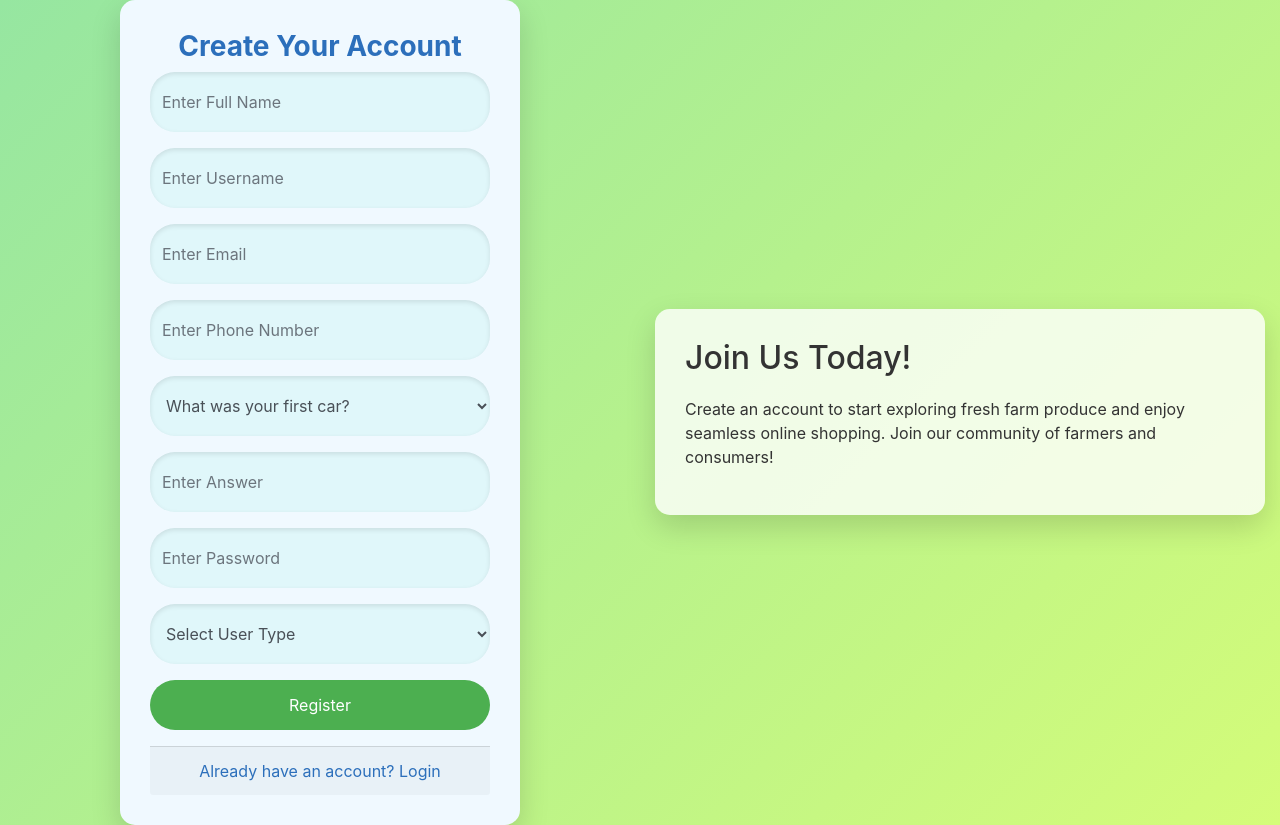
Repository: Dineshbabu290904/DigiMart
Page: http://localhost/DigiMart/signup.jsp
The author's editor kept a copy of each file at every save. The page is drawn from the files as they stood at one save, then again after the next save.
The browser window is 1280 px wide. The pictures show the whole page.
Some web libraries are served in a nearby version. The page is served by Tomcat 9. Other server files are loaded and not shown.

Above is the page before, as saved 2024-10-16 15:26:24.

### DigiMart/src/main/webapp/signup.jsp
<!DOCTYPE html>
<html lang="en">
<head>
    <meta charset="UTF-8">
    <meta name="viewport" content="width=device-width, initial-scale=1.0">
    <title>Signup</title>
    <!-- Bootstrap CSS CDN -->
    <link href="https://stackpath.bootstrapcdn.com/bootstrap/4.5.2/css/bootstrap.min.css" rel="stylesheet">
    <!-- Custom CSS -->
    <style>
        body {
            background: linear-gradient(135deg, #96e6a1 0%, #d4fc79 100%); /* Light green gradient */
            display: flex;
            min-height: 100vh;
        }
        .section {
            display: flex;
            align-items: center;
            justify-content: center;
            min-height: 100vh;
        }
        .card-custom {
            border-radius: 15px;
            background: #f0f9ff; /* Light blue background */
            padding: 30px;
            box-shadow: 0 12px 30px rgba(0, 0, 0, 0.15); /* Soft shadow */
            transition: transform 0.3s ease;
            width: 100%; /* Ensure full width on small devices */
            max-width: 400px; /* Set maximum width for the card */
        }
        .card-custom:hover {
            transform: translateY(-5px); /* Subtle hover lift */
        }
        .card-custom h3 {
            font-weight: bold;
            color: #2c6fbb; /* Cool blue for headings */
        }
        .form-control {
            border-radius: 25px;
            height: 60px; /* Increased height for input fields */
            background-color: #e0f7fa; /* Light cyan background for inputs */
            border: none;
            box-shadow: inset 0 2px 5px rgba(0, 0, 0, 0.1);
        }
        .btn-custom {
            border-radius: 25px;
            padding: 12px 25px;
            background-color: #4caf50; /* Light green button */
            color: white;
        }
        .description-card {
            background: rgba(255, 255, 255, 0.8); /* Semi-transparent white */
            border-radius: 15px;
            padding: 30px;
            box-shadow: 0 12px 30px rgba(0, 0, 0, 0.15);
            color: #333;
        }
        .description-card h2 {
            font-size: 2rem;
            margin-bottom: 20px;
        }
        .card-footer a {
            color: #2c6fbb;
        }
    </style>
</head>
<body>

<div class="container-fluid">
    <div class="row section">
        <!-- Left Side: Signup Form -->
        <div class="col-md-6 d-flex align-items-center justify-content-center">
            <div class="card-custom">
                <h3 class="text-center">Create Your Account</h3>
                <form action="signup" method="post">
                    <div class="form-group">
                        <input type="text" id="name" name="name" class="form-control" placeholder="Enter Full Name" required>
                    </div>
                    <div class="form-group">
                        <input type="text" id="username" name="username" class="form-control" placeholder="Enter Username" required>
                    </div>
                    <div class="form-group">
                        <input type="email" id="email" name="email" class="form-control" placeholder="Enter Email" required>
                    </div>
                    <div class="form-group">
                        <input type="text" id="phone" name="phone" class="form-control" placeholder="Enter Phone Number">
                    </div>
                    <div class="form-group">
                        <select name="securityQuestion" class="form-control" required>
                            <option value="What was your first car?">What was your first car?</option>
                            <option value="What is the name of your first pet?">What is the name of your first pet?</option>
                            <option value="What elementary school did you attend?">What elementary school did you attend?</option>
                            <option value="What is the name of the town where you were born?">What is the name of the town where you were born?</option>
                        </select>
                    </div>
                    <div class="form-group">
                        <input type="text" name="answer" class="form-control" placeholder="Enter Answer" required>
                    </div>
                    <div class="form-group">
                        <input type="password" id="password" name="password" class="form-control" placeholder="Enter Password" required>
                    </div>
                    <div class="form-group">
                        <select id="user_type" name="user_type" class="form-control" required>
                            <option value="" disabled selected>Select User Type</option>
                            <option value="Farmer">Farmer</option>
                            <option value="Consumer">Consumer</option>
                            <option value="Retailer">Retailer</option>
                        </select>
                    </div>
                    <button type="submit" class="btn btn-custom btn-block">Register</button>
                </form>
                <div class="card-footer text-center mt-3">
                    <a href="login.jsp">Already have an account? Login</a>
                </div>
            </div>
        </div>

        <!-- Right Side: Description Card for Signup -->
        <div class="col-md-6 d-none d-md-flex align-items-center justify-content-center">
            <div class="description-card">
                <h2>Join Us Today!</h2>
                <p>Create an account to start exploring fresh farm produce and enjoy seamless online shopping. Join our community of farmers and consumers!</p>
            </div>
        </div>
    </div>
</div>

<!-- Bootstrap JS and dependencies -->
<script src="https://code.jquery.com/jquery-3.5.1.slim.min.js"></script>
<script src="https://cdn.jsdelivr.net/npm/@popperjs/core@2.5.3/dist/umd/popper.min.js"></script>
<script src="https://stackpath.bootstrapcdn.com/bootstrap/4.5.2/js/bootstrap.min.js"></script>
</body>
</html>

After the next save:
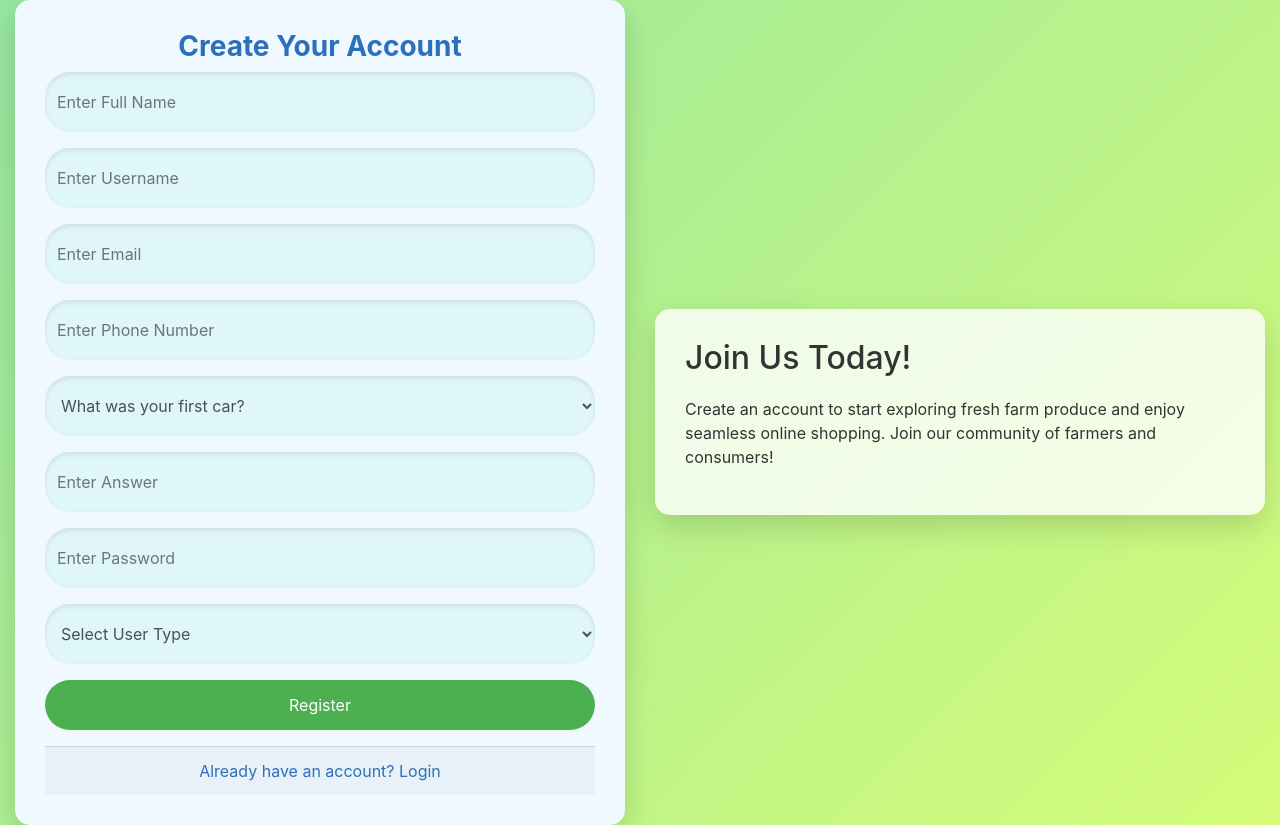
Saved 58 s later.
--- a/DigiMart/src/main/webapp/signup.jsp
+++ b/DigiMart/src/main/webapp/signup.jsp
@@ -26,7 +26,7 @@
             box-shadow: 0 12px 30px rgba(0, 0, 0, 0.15); /* Soft shadow */
             transition: transform 0.3s ease;
             width: 100%; /* Ensure full width on small devices */
-            max-width: 400px; /* Set maximum width for the card */
+
         }
         .card-custom:hover {
             transform: translateY(-5px); /* Subtle hover lift */
